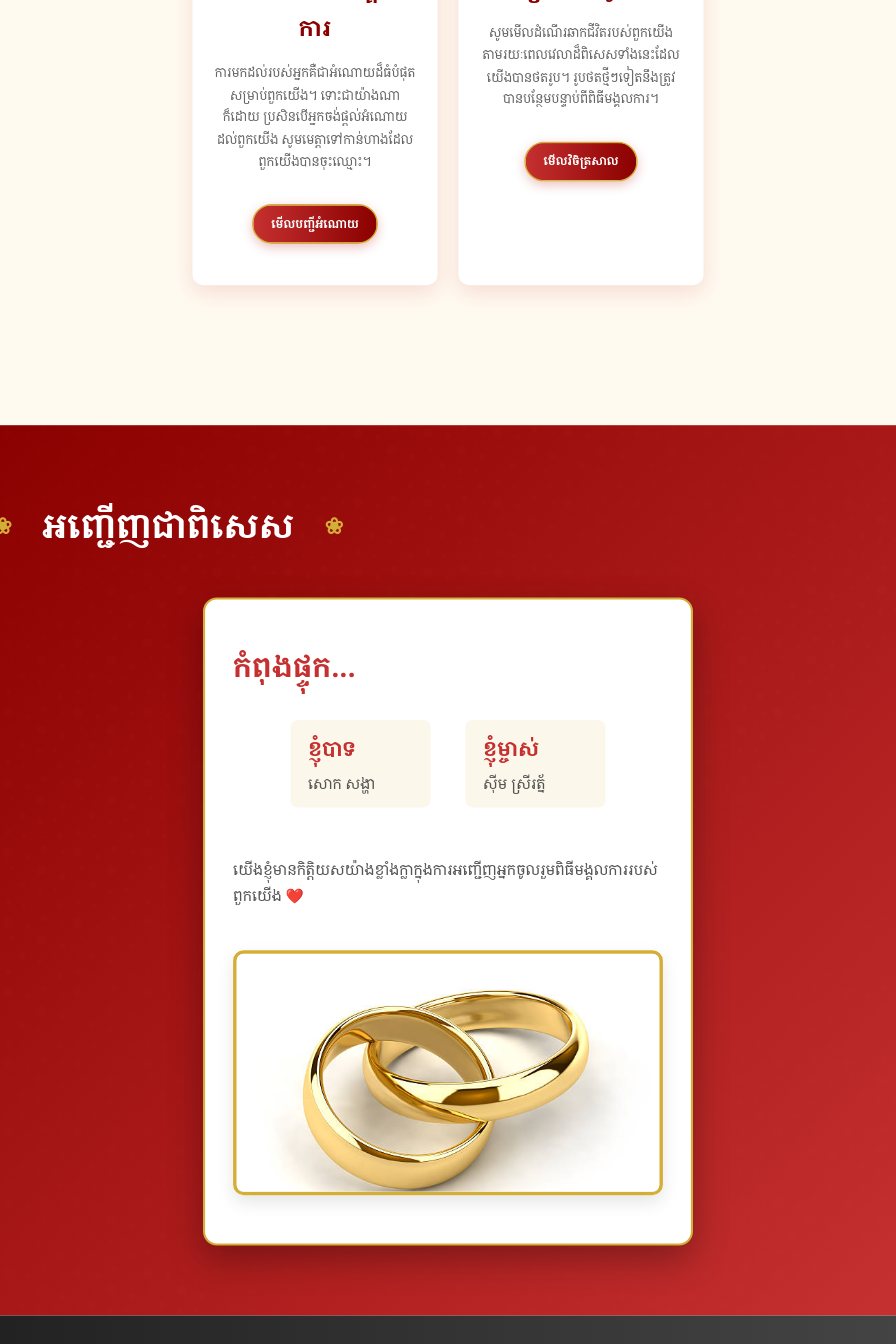
Repository: Kimrith/weeding
Page: index.html
The author's editor kept a copy of each file at every save. The page is drawn from the files as they stood at one save, then again after the next save.
The browser window is 1280 px wide. The pictures show the part of the page from y = 2328 to 4248 px (the page is 4576 px tall), at 70% of full size.

Above is the page before, as saved 2026-02-02 01:58:05.
Console error: ReferenceError: guestName is not defined

After the next save:
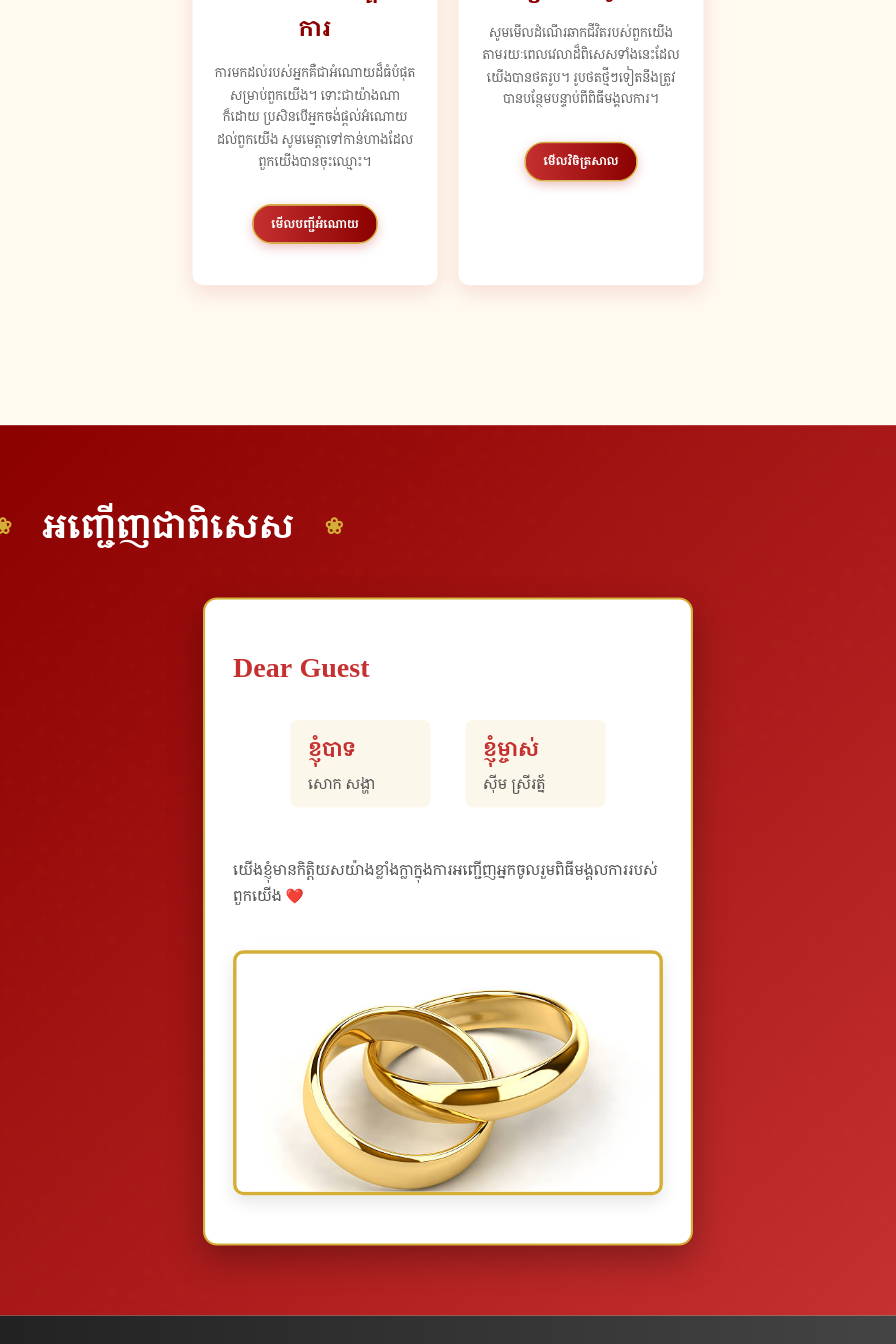
Saved 15 s later.
--- a/index.html
+++ b/index.html
@@ -875,6 +875,21 @@
       // Simulating the guest data fetch from the original code
       document.addEventListener("DOMContentLoaded", function () {
         // Sample user data in Khmer to simulate the JSON file
+        const params = new URLSearchParams(window.location.search);
+        const id = parseInt(params.get("id"));
+
+        fetch("users.json")
+          .then((res) => res.json())
+          .then((data) => {
+            const guest = data.user.find((u) => u.id === id);
+
+            if (guest) {
+              document.getElementById("guest").textContent =
+                "Dear " + guest.name;
+            } else {
+              document.getElementById("guest").textContent = "Dear Guest";
+            }
+          });
 
         // Update the guest element
         const guestElement = document.getElementById("guest");
